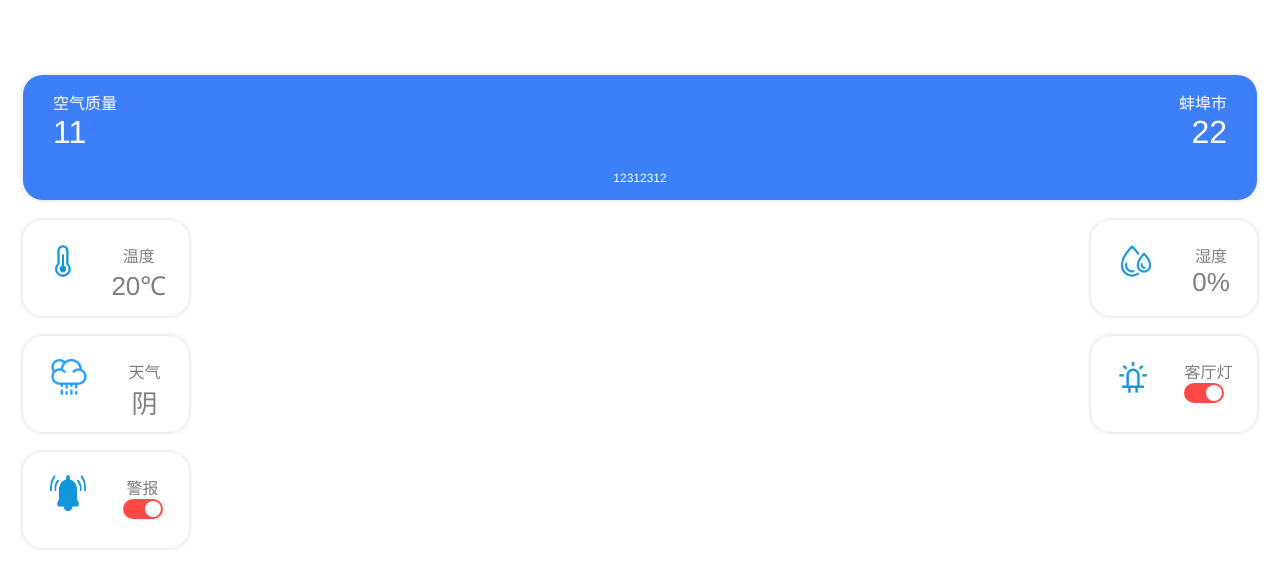
Repository: MashiroQi/MCU
Page: / (app in STM32/smart_house/WebCode/)
These files come from the project's save history. The page is drawn as it stood at one moment and after the next save; the edit follows.
The browser window is 1280 px wide. The pictures show the whole page.
The project was rebuilt for these pictures with package versions that can differ from the ones it lists, and the page was loaded fresh each time. Also part of the build but not shown: STM32/smart_house/WebCode/vue.config.js.

Above is the page before, as saved 2023-01-03 10:03:37.

After the next save:
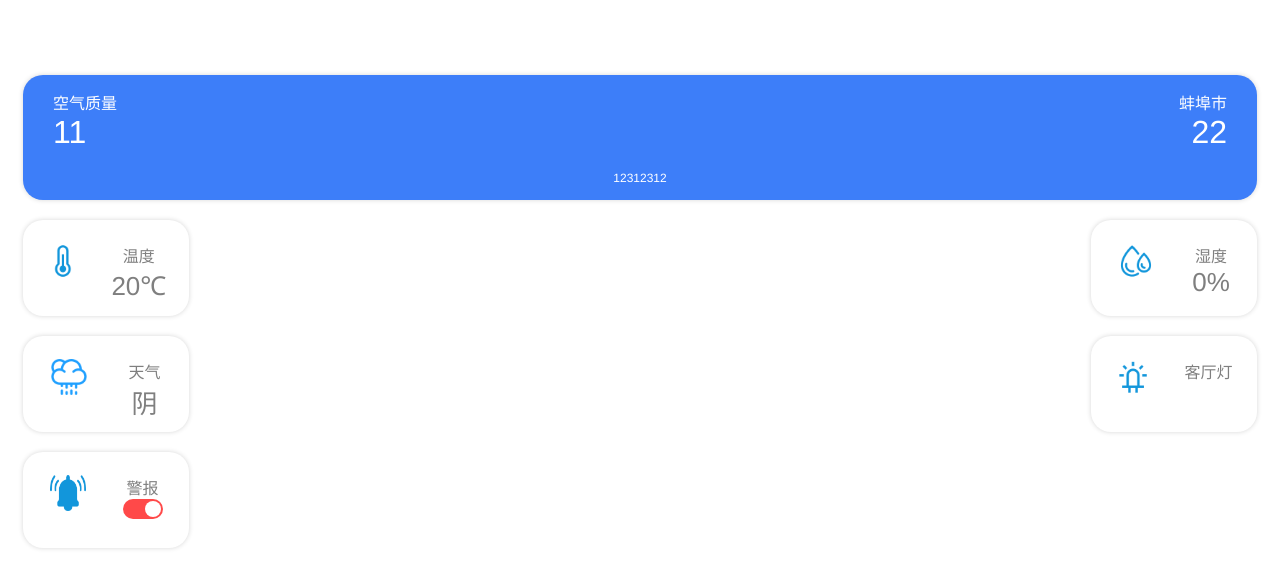
Saved 82 s later.
--- a/STM32/smart_house/WebCode/src/components/Client.vue
+++ b/STM32/smart_house/WebCode/src/components/Client.vue
@@ -39,7 +39,14 @@
         <img class="data-logo" src="/static/images/LED.png" />
         <div class="data-text">
           客厅灯
-          <div class="data-value"><switchcomponent color="#3d7ef9" /></div>
+          <div class="data-value">
+            <g-switch
+              v-model="active"
+              active-color="red"
+              inactive-color="green"
+              name="username"
+            ></g-switch>
+          </div>
         </div>
       </div>
     </div>
